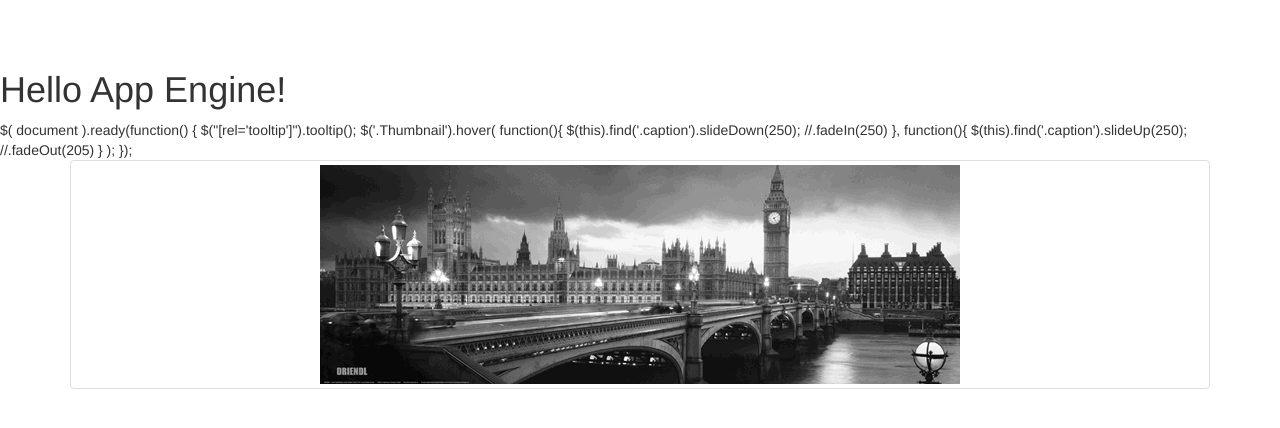
Repository: punithavathi/J2EEconcepts
Page: Bootstrapimage/war/index.html
The author's editor kept a copy of each file at every save. The page is drawn from the files as they stood at one save, then again after the next save.
The browser window is 1280 px wide. The pictures show the whole page.
Some web libraries are served in a nearby version.

Above is the page before, as saved 2015-10-29 15:50:04.

After the next save:
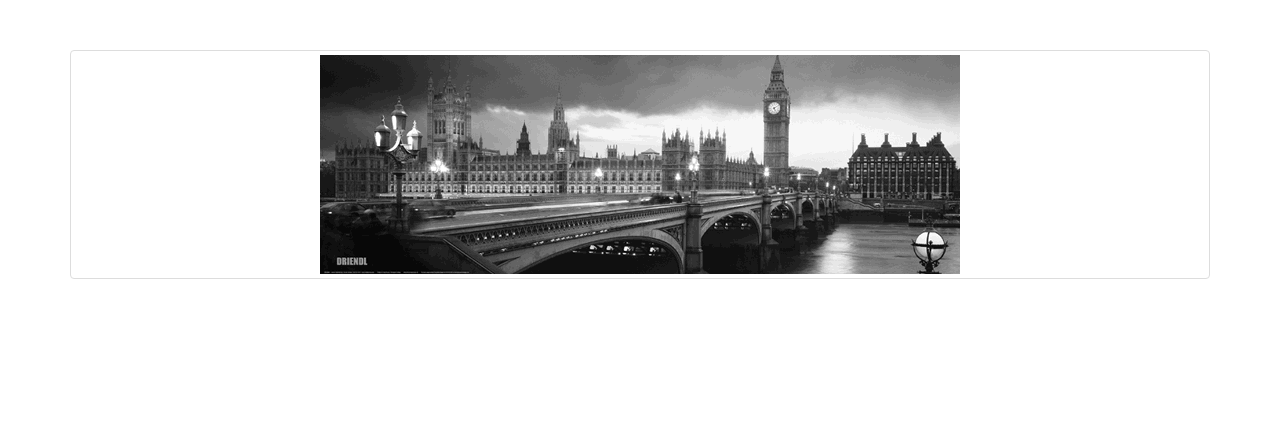
Saved 5 min 13 s later.
--- a/Bootstrapimage/war/index.html
+++ b/Bootstrapimage/war/index.html
@@ -18,7 +18,7 @@
 </head>
 
 <body>
-	<h1>Hello App Engine!</h1>
+	<style>{
 	$( document ).ready(function() {
     $("[rel='tooltip']").tooltip();
 
@@ -31,7 +31,7 @@
         }
     );
 });
-
+</style>
 	<div class="container">
 
 		<div class="span4">
